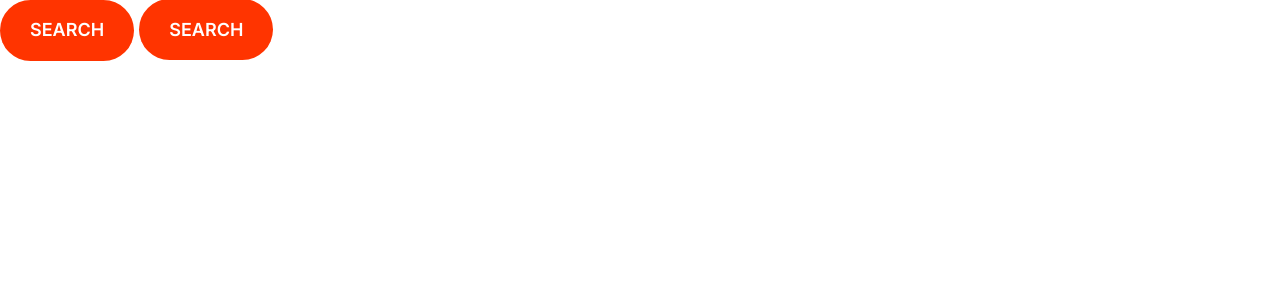
Repository: Qiwenweiii/CodeWithMosh
Page: index.html
An editor plug-in stored every save of this project. The page is shown before and after the next save, followed by the edit.
The browser window is 1280 px wide. The pictures show the whole page.

Above is the page before, as saved 2021-11-11 20:44:07.

After the next save:
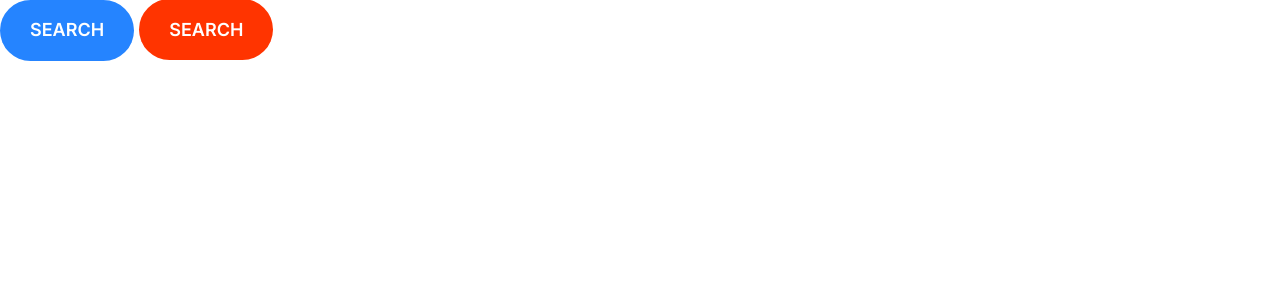
Saved 12 s later.
--- a/index.html
+++ b/index.html
@@ -16,7 +16,7 @@
 <body>
     <!-- <div class="input-group"> -->
     <!-- <input type="text" class="input" placeholder="Enter domain name here" /> -->
-    <button class="btn btn--accent">Search</button>
+    <button class="btn btn--primary">Search</button>
     <a href="#" class="btn btn--accent">Search</a>
     <!-- </div> -->
 </body>
